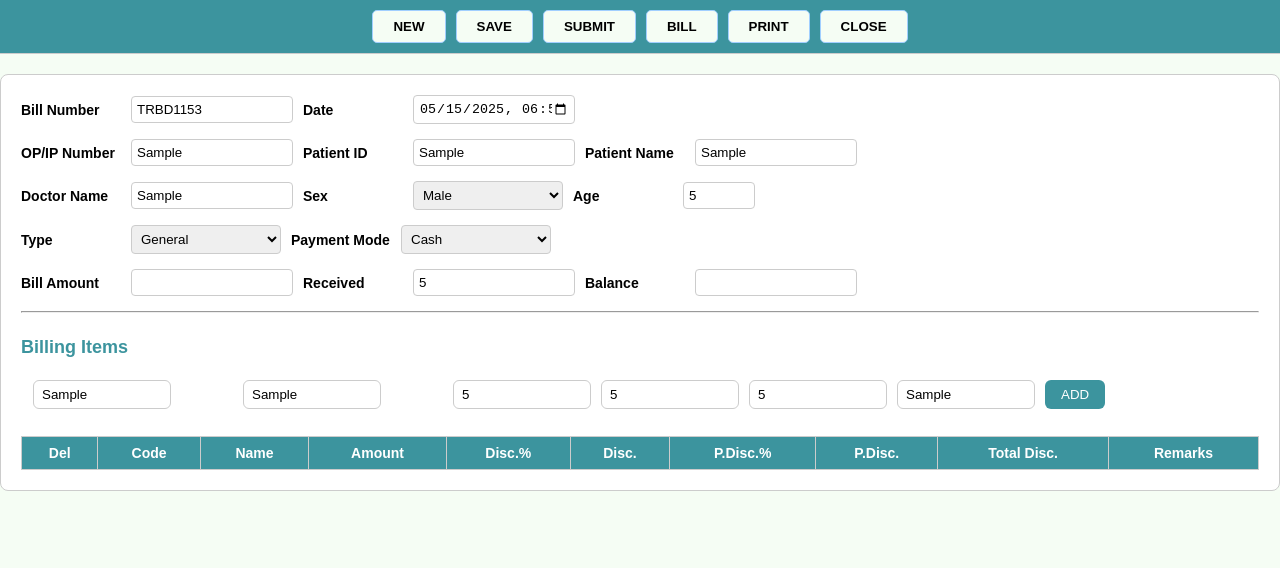
Repository: NAGENDRAN0/New
Page: http://localhost/billing
An editor plug-in stored every save of this project. The page is shown before and after the next save, followed by the edit.
The browser window is 1280 px wide. The pictures show the whole page.
Empty fields were first filled with sample values (such as "Sample", 5 or name@example.com).
After loading, the first visible `.item-entry-horizontal > button` was clicked once.
The page is this project's Thymeleaf template; nobody is signed in. The template is opened directly, without the code that normally fills it, so the values that code supplies are empty.

Above is the page before, as saved 2025-05-15 10:24:21.
Console error: TypeError: Cannot read properties of null (reading 'value')

After the next save:
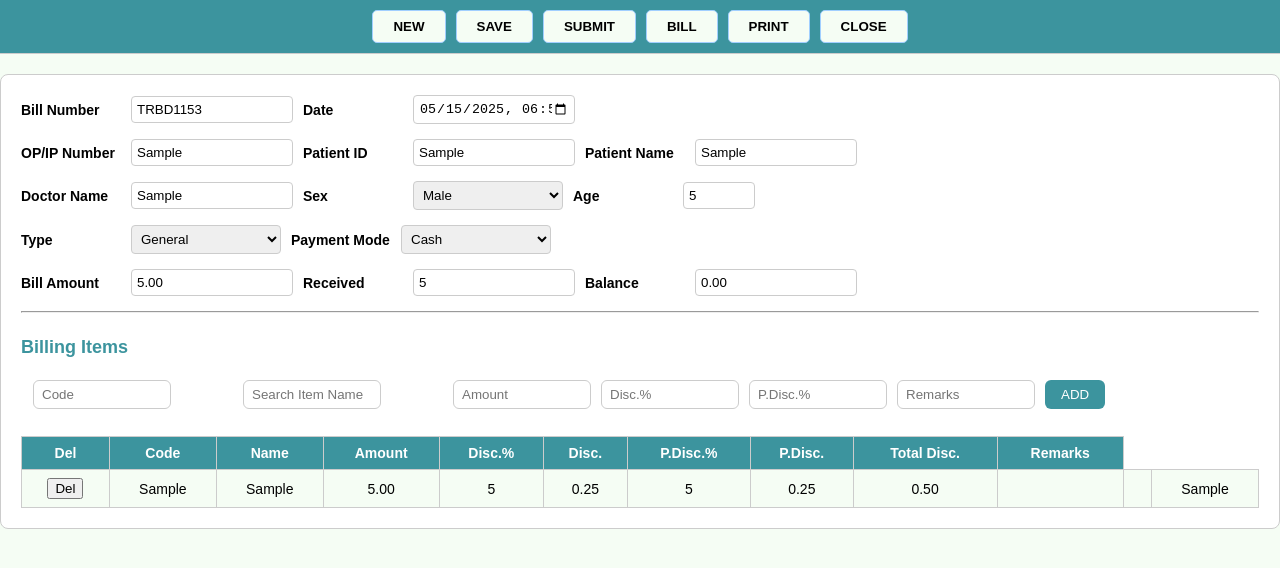
The error is gone.
Saved 90 s later.
--- a/Documents/workspace-spring-tool-suite-4-4.25.0.RELEASE/HMS/src/main/resources/templates/billing.html
+++ b/Documents/workspace-spring-tool-suite-4-4.25.0.RELEASE/HMS/src/main/resources/templates/billing.html
@@ -199,14 +199,14 @@
 
    <script>
       function addItem() {
-        const code = document.getElementById("itemCode").value;
-        const name = document.getElementById("itemName").value;
+        const code = document.getElementById("itemcode").value;
+        const name = document.getElementById("itemname").value;
         const amount =
-          parseFloat(document.getElementById("itemAmount").value) || 0;
+          parseFloat(document.getElementById("fee").value) || 0;
         const disc = parseFloat(document.getElementById("itemDisc").value) || 0;
         const pdisc =
           parseFloat(document.getElementById("itemPDisc").value) || 0;
-        const remarks = document.getElementById("itemRemarks").value;
+        const remarks = document.getElementById("remarks").value;
 
         const discAmt = (amount * disc) / 100;
         const pdiscAmt = (amount * pdisc) / 100;
@@ -260,12 +260,12 @@
 
       function clearItemFields() {
         [
-          "itemCode",
-          "itemName",
-          "itemAmount",
+          "itemcode",
+          "itemname",
+          "fee",
           "itemDisc",
           "itemPDisc",
-          "itemRemarks",
+          "remarks",
         ].forEach((id) => {
           document.getElementById(id).value = "";
         });
